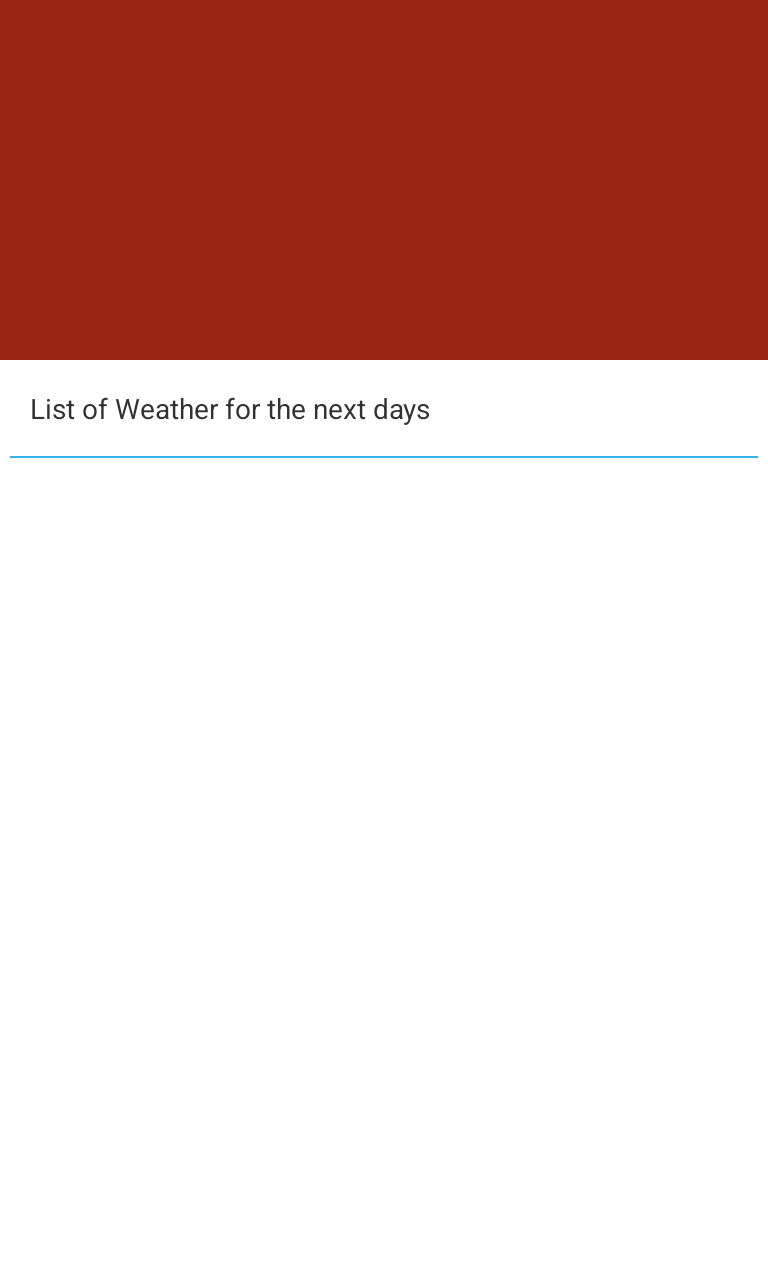
Repository: randhika/WeatherApp
Layout: WeatherApp/res/layout/home_fragment_layout.xml
The author's editor kept a copy of each file at every save. The layout is drawn from the files as they stood at one save, then again after the next save.
It is drawn on a 768 x 1280 px phone screen (xhdpi) without system bars, with theme AppTheme; the app's code is not run. Lists and similar views that code fills are empty.

Above is the layout before, as saved 2014-05-03 07:57:04.

### WeatherApp/res/layout/home_fragment_layout.xml
<?xml version="1.0" encoding="utf-8"?>
<LinearLayout xmlns:android="http://schemas.android.com/apk/res/android"
    android:layout_width="match_parent"
    android:layout_height="match_parent"
    android:orientation="vertical" >

    <LinearLayout
        android:id="@+id/ll_today_weather"
        android:layout_width="match_parent"
        android:layout_height="180dp"
        android:background="@color/list_background_pressed"
        android:orientation="vertical"
        android:paddingLeft="10dp" >

        <TextView
            android:id="@+id/tv_temperature"
            android:layout_width="match_parent"
            android:layout_height="0dp"
            android:layout_weight="0.3"
            android:gravity="center_vertical"
            android:textSize="30sp" />

        <TextView
            android:id="@+id/tv_weather_stat"
            android:layout_width="match_parent"
            android:layout_height="0dp"
            android:layout_gravity="center_vertical"
            android:layout_weight="0.1"
            android:textSize="18sp" />

        <TextView
            android:id="@+id/tv_current_city"
            android:layout_width="match_parent"
            android:layout_height="0dp"
            android:layout_gravity="center_vertical"
            android:layout_weight="0.1"
            android:textSize="18sp" />

        <TextView
            android:id="@+id/tv_last_update"
            android:layout_width="match_parent"
            android:layout_height="0dp"
            android:layout_gravity="center_vertical"
            android:layout_weight="0.1"
            android:textSize="18sp" />
    </LinearLayout>

    <TextView
        android:id="@+id/btn_get_weather"
        android:layout_width="match_parent"
        android:layout_height="48dp"
        android:layout_gravity="center"
        android:gravity="center_vertical"
        android:paddingLeft="15dp"
        android:text="@string/Weather_For_Next_Days" />

    <View
        android:layout_width="fill_parent"
        android:layout_height="1dp"
        android:layout_marginLeft="5dp"
        android:layout_marginRight="5dp"
        android:background="@android:color/holo_blue_light" />

    <ListView
        android:id="@+id/lv_weather_for_next_day"
        android:layout_width="fill_parent"
        android:layout_height="wrap_content" >
    </ListView>

</LinearLayout>

### WeatherApp/res/values/strings.xml
<resources>

    <string name="app_name">WeatherApp</string>
    <string name="detail_view">Detail view</string>
    <string name="action_settings">Settings</string>
    <string name="drawer_open">Slider Menu Opened</string>
    <string name="drawer_close">Slider Menu Closed</string>
    <string name="Weather_For_Next_Days">List of Weather for the next days</string>
    <string name="send_sms">Send SMS</string>
    <string name="send_mail">Send E-Mail</string>
    <!-- Nav Drawer Menu Items -->
    <string-array name="nav_drawer_items">
        <item>Home</item>
        <item>Map</item>
        <item>History</item>
        <item>RSS</item>
        <item>Settings</item>
    </string-array>

    <!-- Nav Drawer List Item Icons -->
    <!-- Keep them in order as the titles are in -->
    <array name="nav_drawer_icons">
        <item>@drawable/ic_home</item>
        <item>@drawable/ic_home</item>
        <item>@drawable/ic_home</item>
        <item>@drawable/ic_home</item>
        <item>@drawable/ic_home</item>
    </array>

    <!-- Content Description -->
    <string name="desc_list_item_icon">Item Icon</string>

    <!-- Helper strings for aviding warrnings -->
    <string name="iconDescription">Icon Description</string>

    <!-- API KEYS -->
    <string name="googleMapsApiKey">AIzaSyBlAV3Zhqpx4M4EB46o8BqBC4axS3CqT9g</string>

</resources>

Loaded but not shown: WeatherApp/res/values/styles.xml (common file); WeatherApp/res/values-v11/styles.xml (common file); WeatherApp/res/values-v14/styles.xml (common file); WeatherApp/res/values/color.xml (common file)

After the next save:
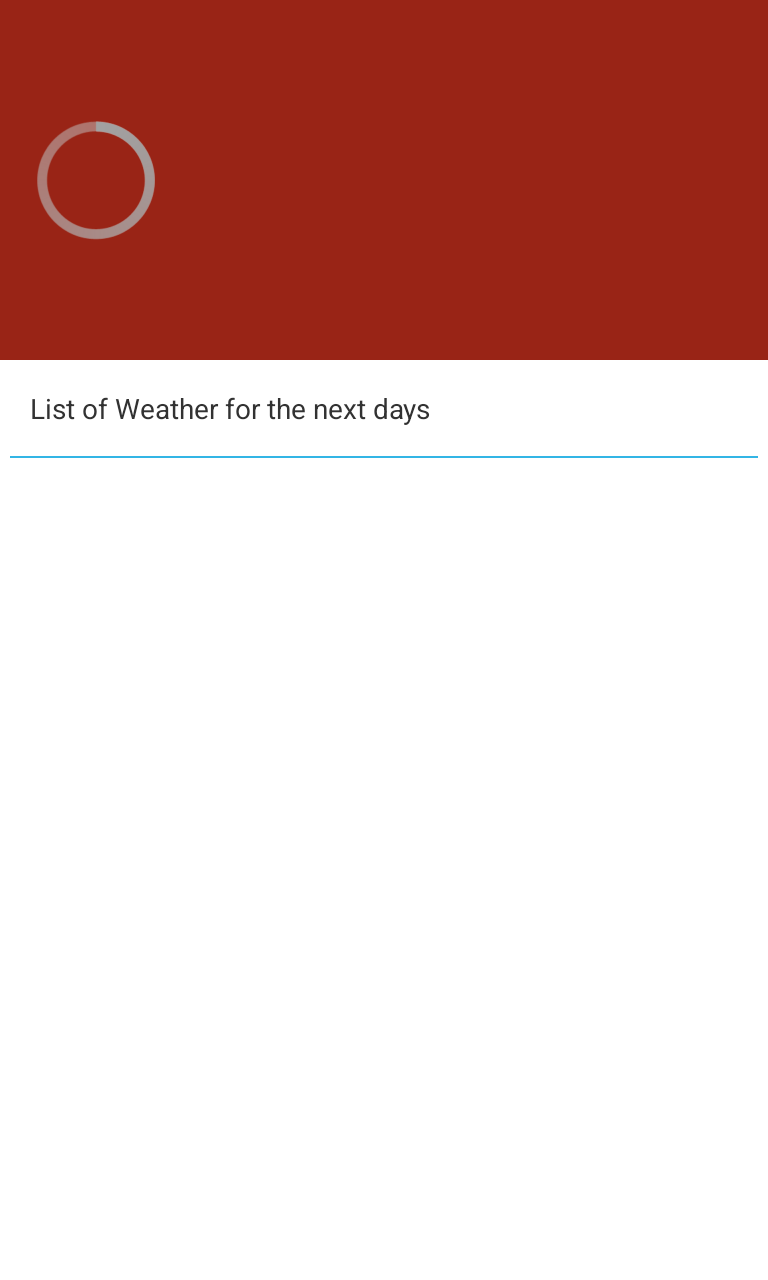
Saved 8 s later.
--- a/WeatherApp/res/layout/home_fragment_layout.xml
+++ b/WeatherApp/res/layout/home_fragment_layout.xml
@@ -19,6 +19,12 @@
             android:layout_weight="0.3"
             android:gravity="center_vertical"
             android:textSize="30sp" />
+
+        <ProgressBar
+            android:id="@+id/progressBar1"
+            style="?android:attr/progressBarStyleLarge"
+            android:layout_width="wrap_content"
+            android:layout_height="wrap_content" />
 
         <TextView
             android:id="@+id/tv_weather_stat"
